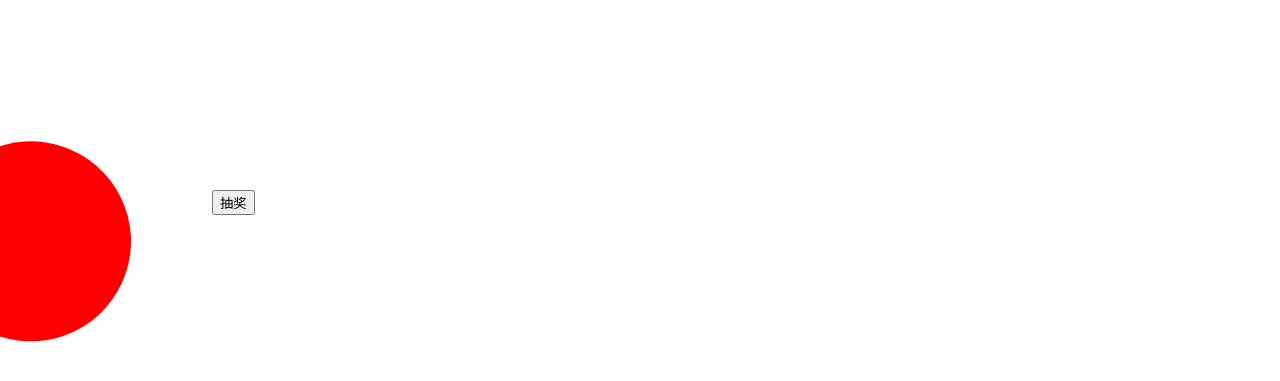
Repository: Gsangu/wd-lottery
Page: examples/luck-wheel.html
The author's editor kept a copy of each file at every save. The page is drawn from the files as they stood at one save, then again after the next save.
The browser window is 1280 px wide. The pictures show the whole page.

Above is the page before, as saved 2021-01-04 19:34:10.

### examples/luck-wheel.html
<!DOCTYPE html>
<html lang="en">
<head>
  <meta charset="UTF-8">
  <meta name="viewport" content="width=device-width, initial-scale=1.0">
  <meta http-equiv="X-UA-Compatible" content="ie=edge">
  <title>vue-log</title>
  <script src="https://unpkg.com/vue@2.6.11/dist/vue.min.js"></script>
  <!-- <script src="https://cdn.jsdelivr.net/npm/wd-lottery/dist/wd-lottery.js"></script> -->
  <script src="../dist/wd-lottery.js"></script>
  <style>
    .bg {
      width: 200px;
      height: 200px;
      background-color: red;
      border-radius: 50%;
    }
  </style>
</head>
<body>
  <div id="app">
    <div class="container">
      <lucky-wheel
        ref="luckyWheel"
        class="big-wheel"
        width="200px"
        :showBg="false"
        :prizeList="[{name: 'test'}, {name: 'test1'}]"
        @over="handleOver"
      >
      <template v-slot:bg>
        <!-- 转盘背景 -->
        <div class="bg"></div>
        <!-- <img src="" class="bg" alt=""> -->
      </template>
        <template v-slot:item="{ item }">
          <!-- 转盘内容 -->
            <div class="prize-name">{{item.name}}</div>
          <!-- <div class="info">
            <img class="prize-img" :src="item.image" />
            <div class="prize-name">{{item.name}}</div>
          </div> -->
        </template>
      </lucky-wheel>
      <button class="lottery-btn" @click="handleLottery">抽奖</button>
    </div>
  </div>
  <script>
    Vue.use(LuckyWheel)
    var app = new Vue({
      el: '#app',
      data() {
        return {
        }
      },
      methods: {
        handleLottery () {
          console.log('start')
          this.$refs.luckyWheel.rotate(1)
        },
        handleOver () {

        }
      },
      created() {
      }
    })
  </script>
</body>
</html>

Loaded but not shown: dist/wd-lottery.js (library)

After the next save:
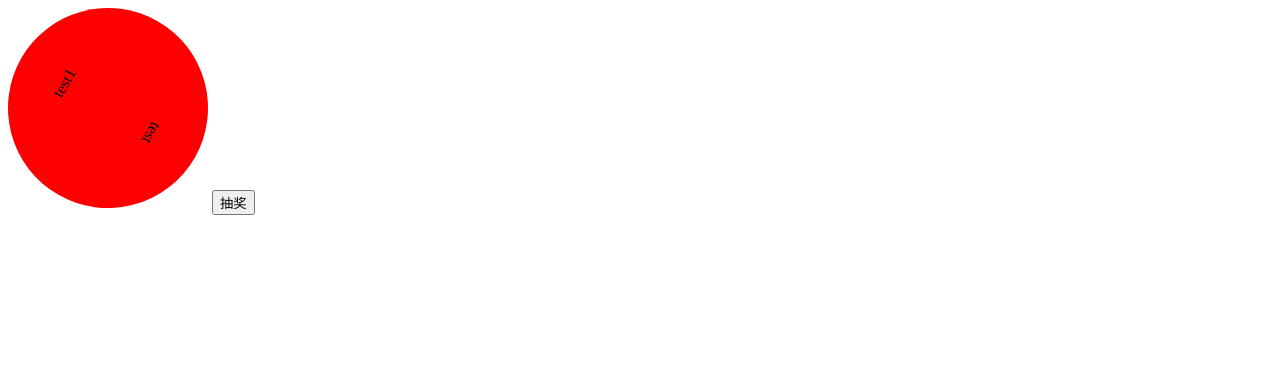
Saved 94 s later.
--- a/examples/luck-wheel.html
+++ b/examples/luck-wheel.html
@@ -24,8 +24,8 @@
         ref="luckyWheel"
         class="big-wheel"
         width="200px"
-        :showBg="false"
-        :prizeList="[{name: 'test'}, {name: 'test1'}]"
+        :show-bg="false"
+        :prize-list="[{name: 'test'}, {name: 'test1'}]"
         @over="handleOver"
       >
       <template v-slot:bg>
